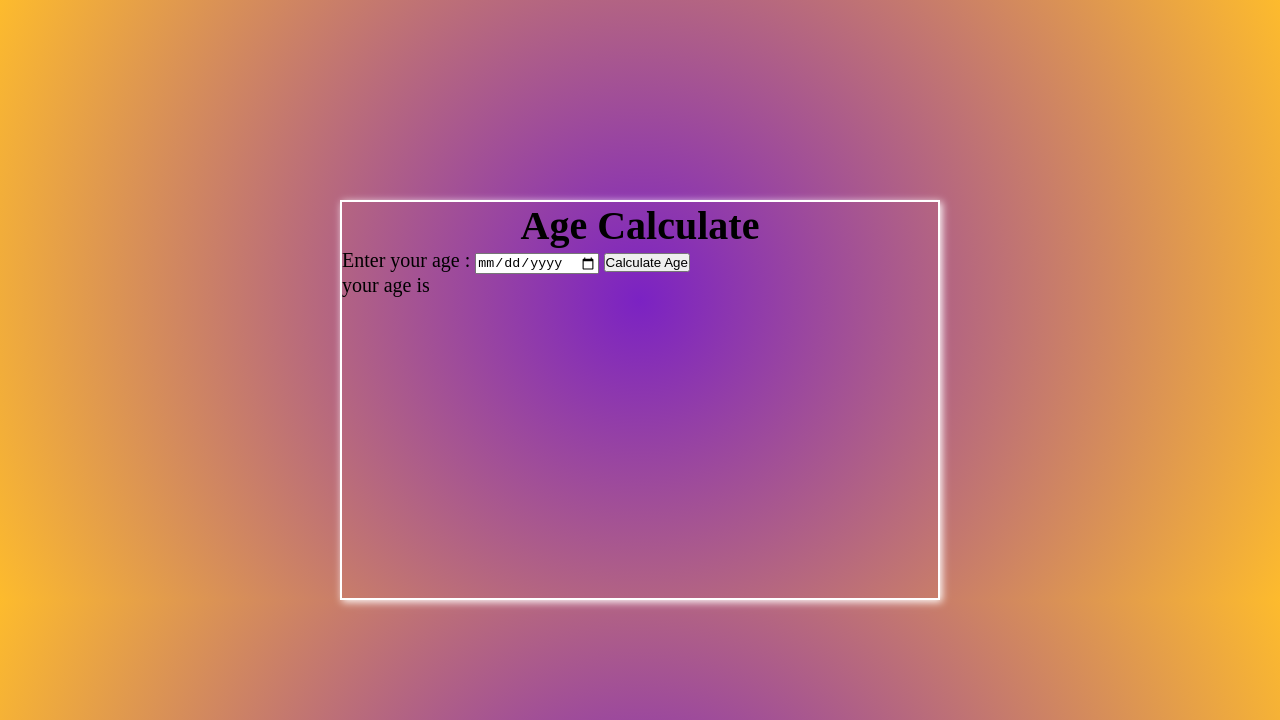
Repository: sristigupta04/basic-js-project
Page: age calculator/age.html
These files come from the project's save history. The page is drawn as it stood at one moment and after the next save; the edit follows.
The browser window is 1280 px wide. The pictures show the whole page.

Above is the page before, as saved 2025-11-07 15:07:57.

### age calculator/age.html
<!DOCTYPE html>
<html lang="en">
<head>
    <meta charset="UTF-8">
    <meta name="viewport" content="width=device-width, initial-scale=1.0">
    <title>Document</title>
    <link rel="stylesheet" href="age.css"/>
</head>
<body>
    <div class="main">
    <div class="age">
    <h1>Age Calculate</h1>
    <label for="eventDate">Enter  your age :</label>
<input type="date" id="eventDate" name="eventDate">
<button>Calculate Age</button>
<p id="realage">your age is </p></div></div>
</body>
</html>

### age calculator/age.css
*{
    padding: 0;
    margin: 0;
    box-sizing: border-box;
}
body{
    display: flex;
    justify-content: center;
    align-items: center;
   background: #7b22c3;
background: radial-gradient(circle, rgba(123, 34, 195, 1) 0%, rgba(253, 187, 45, 1) 100%);
}

.main{

    border:2px solid white;
    height: 400px;
    width: 600px;
    box-shadow: 2px 2px 8px white;
    font-size: 20px;
     margin-top: 200px;

}
.age h1{
     display: flex;
    justify-content: center;
    align-items: center; */
}

After the next save:
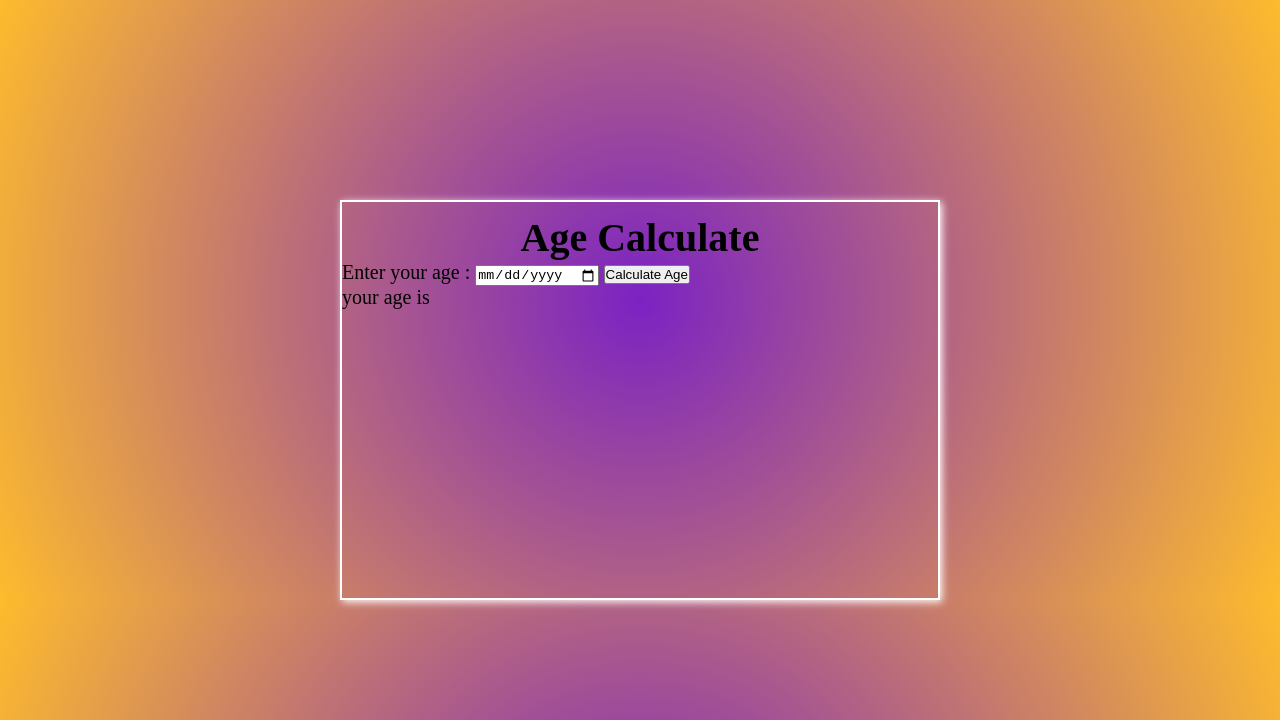
Saved 15 s later.
--- a/age calculator/age.css
+++ b/age calculator/age.css
@@ -24,5 +24,7 @@ background: radial-gradient(circle, rgba(123, 34, 195, 1) 0%, rgba(253, 187, 45,
 .age h1{
      display: flex;
     justify-content: center;
-    align-items: center; */
+    align-items: center;
+    margin-top: 12px;
+    ;
 }
